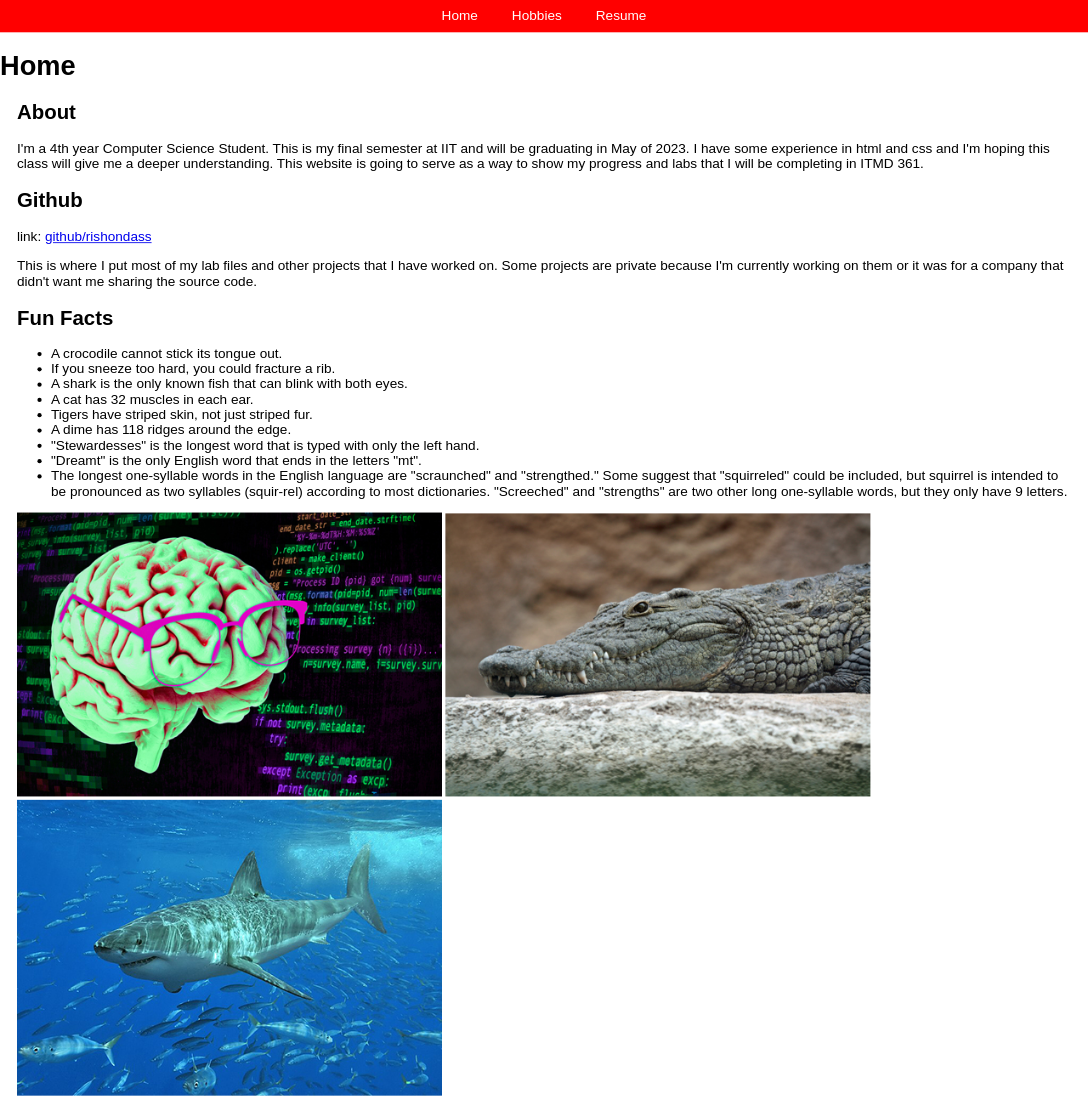
Repository: rishondass/ITMD361-Project2
Page: index.html
These files come from the project's save history. The page is drawn as it stood at one moment and after a run of saves; the edit follows.
The browser window is 1280 px wide. The pictures show the whole page, at 85% of full size.

Above is the page before, as saved 2023-03-07 21:47:45.

After the next 3 saves:
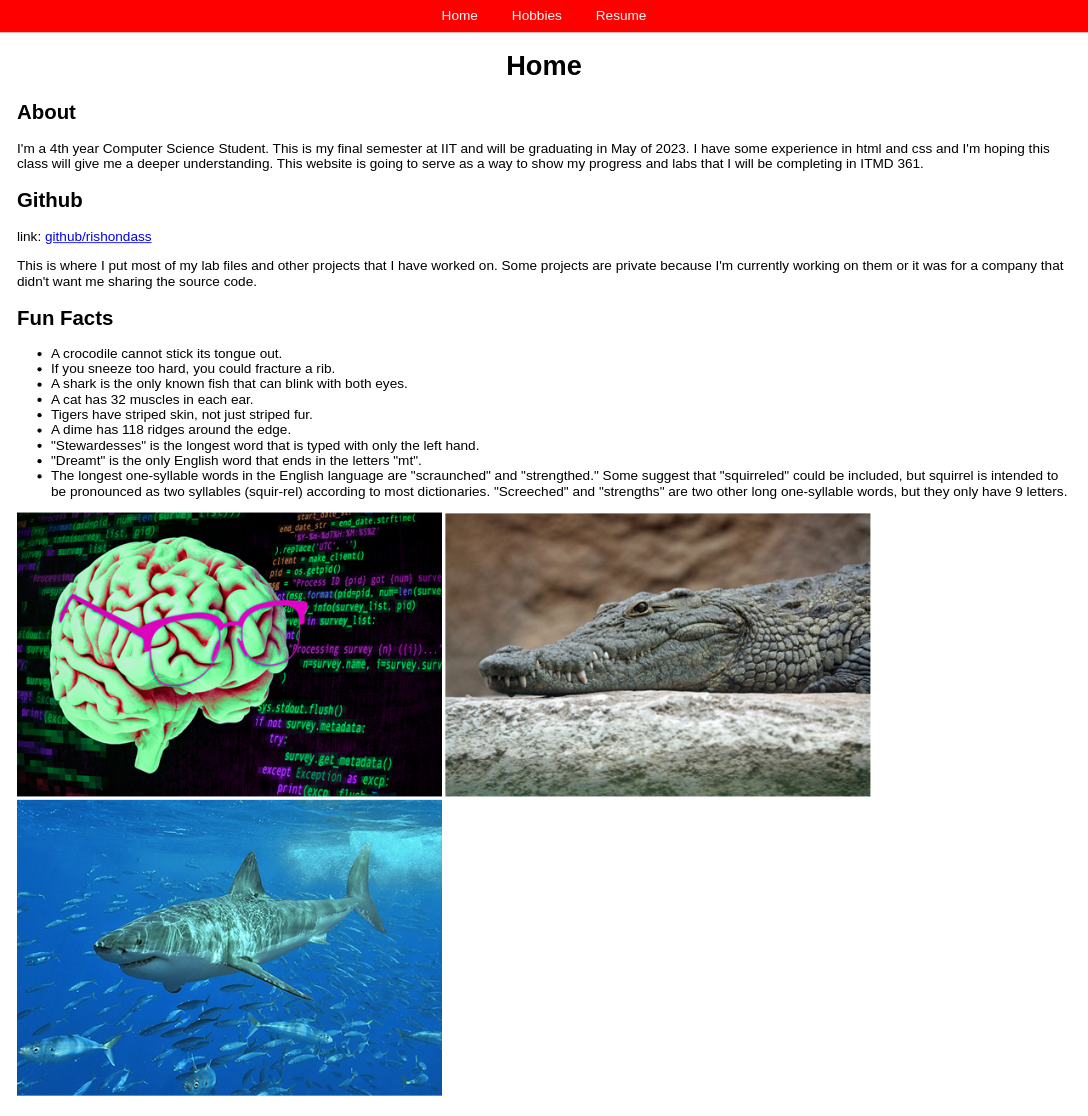
The 3 saves are shown as one change because they came seconds apart.
The last was saved 12 s later.
--- a/css/style.css
+++ b/css/style.css
@@ -35,3 +35,7 @@ To be added
     height: 100vh;
     background-color:rgb(15, 92, 207);
 } */
+
+#title-Home{
+    text-align: center;
+}
